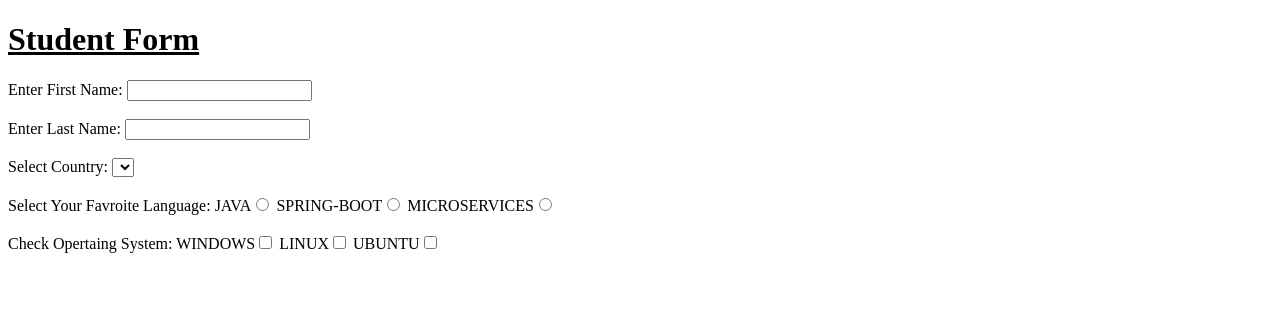
Repository: Jaydevare/WebJava
Page: http://localhost/SpringMVCFormTag/WEB-INF/views/studentForm.jsp
These files come from the project's save history. The page is drawn as it stood at one moment and after the next save; the edit follows.
The browser window is 1280 px wide. The pictures show the whole page.
The page is served by Tomcat 9. Nobody is signed in. The template is opened directly, without the code that normally fills it, so the values that code supplies are empty.

Above is the page before, as saved 2025-05-26 09:24:15.

After the next save:
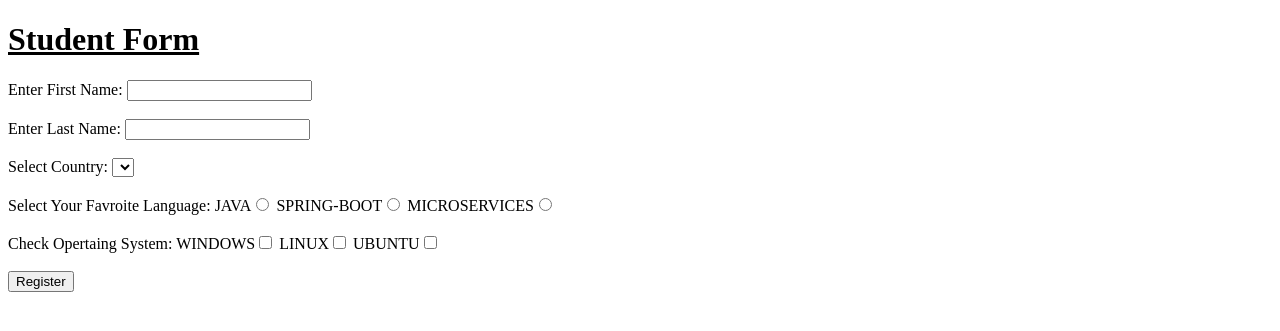
Saved 51 s later.
--- a/SpringMVCFormTag/src/main/webapp/WEB-INF/views/studentForm.jsp
+++ b/SpringMVCFormTag/src/main/webapp/WEB-INF/views/studentForm.jsp
@@ -30,6 +30,8 @@ Check Opertaing System:
 WINDOWS<form:checkbox path="operatingSystem" value="Windows"/>
 LINUX<form:checkbox path="operatingSystem" value="Linux"/>
 UBUNTU<form:checkbox path="operatingSystem" value="Ubuntu"/>
+<br><br>
+<input type="submit" value="Register">
 </form:form>
 </body>
 </html>
